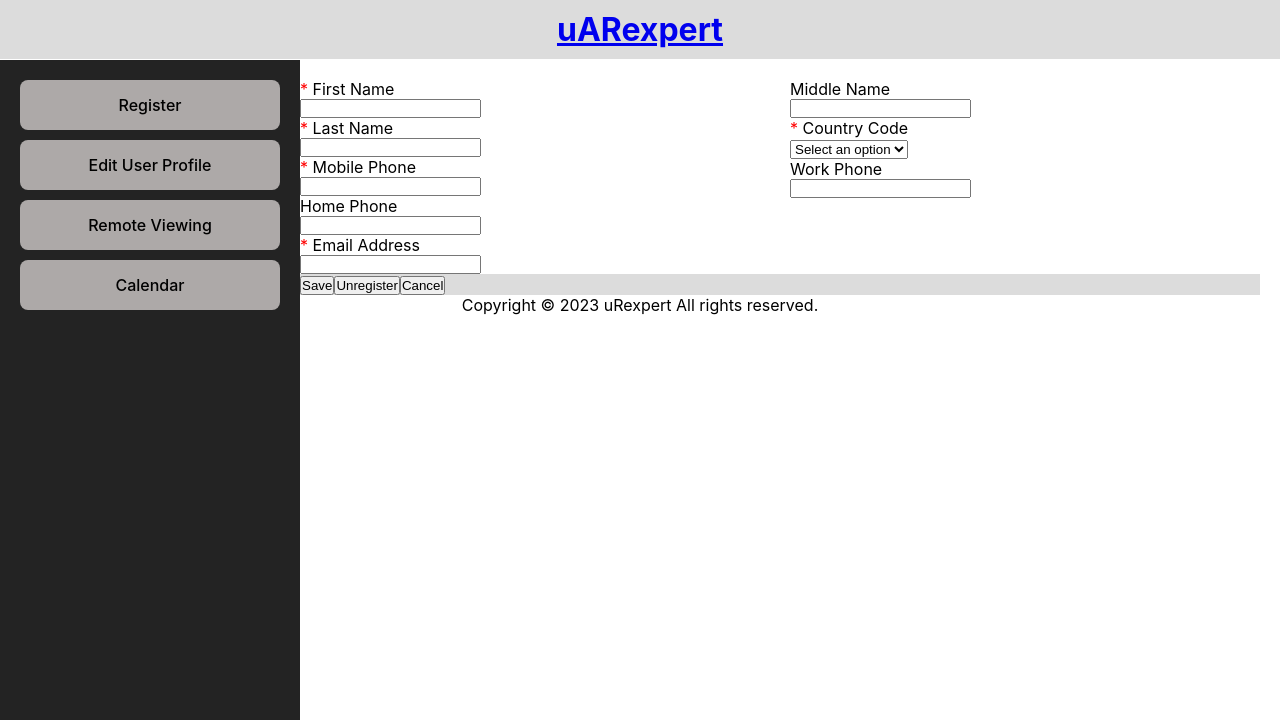
Repository: onionNguyen/Senior-Design-Project
Page: /profile/edit (app in frontend/)
An editor plug-in stored every save of this project. The page is shown before and after the next save, followed by the edit.
The browser window is 1280 px wide. The pictures show the whole page.
The page's requests for data from a server got no answer. The project was rebuilt for these pictures with package versions that can differ from the ones it lists, and the page was loaded fresh each time. No one was signed in, and anything a server would have sent is missing. Also part of the build but not shown: frontend/src/components/pages/login/Login.module.css, frontend/src/components/pages/login/Login.js, frontend/src/components/pages/home/Home.module.css, frontend/src/components/pages/error/Unauthorized.js, frontend/src/components/pages/home/Home.js, frontend/src/components/pages/registration/Register.module.css, frontend/src/components/pages/registration/Register.js, frontend/src/components/pages/error/NotFound.js and 2 more.

Above is the page before, as saved 2023-10-27 03:41:34.

After the next save:
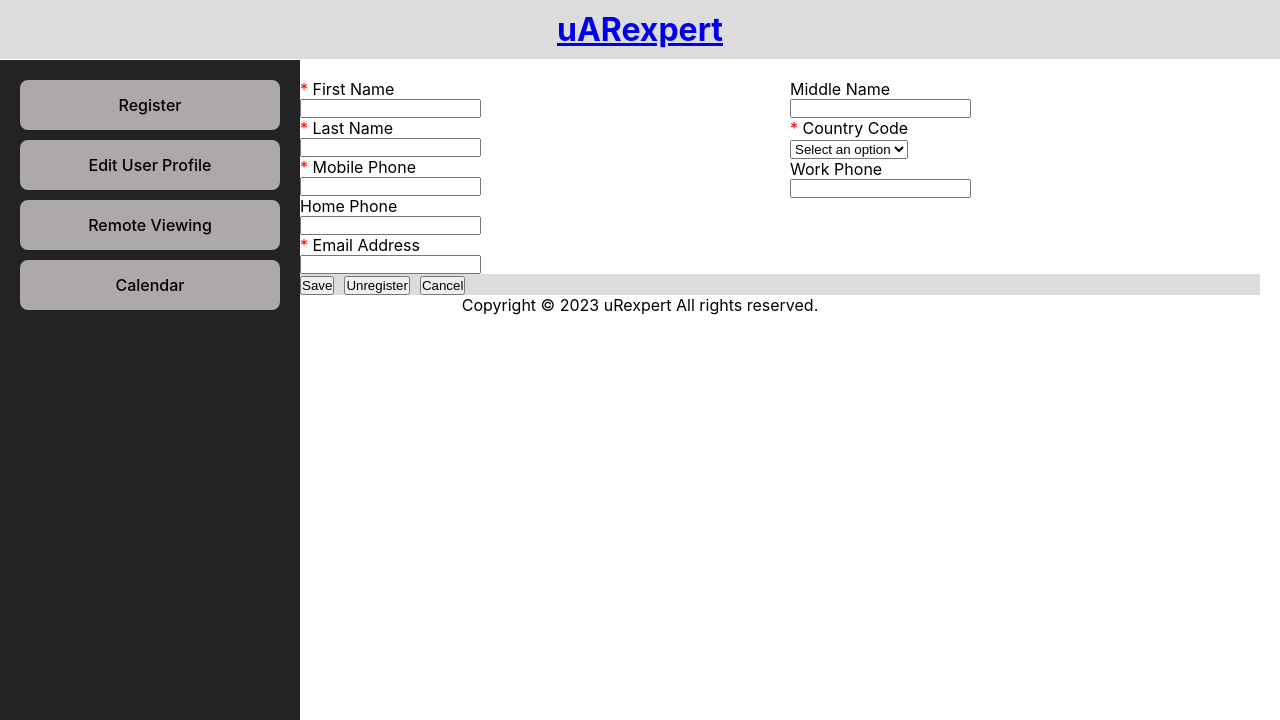
Saved 16 s later.
--- a/frontend/src/components/pages/edit-user-profile/EditProfile.module.css
+++ b/frontend/src/components/pages/edit-user-profile/EditProfile.module.css
@@ -13,3 +13,7 @@
   margin-left: 300px;
   margin-right: 20px;
 }
+
+.button-ribbon button {
+  margin-right: 10px;
+}
